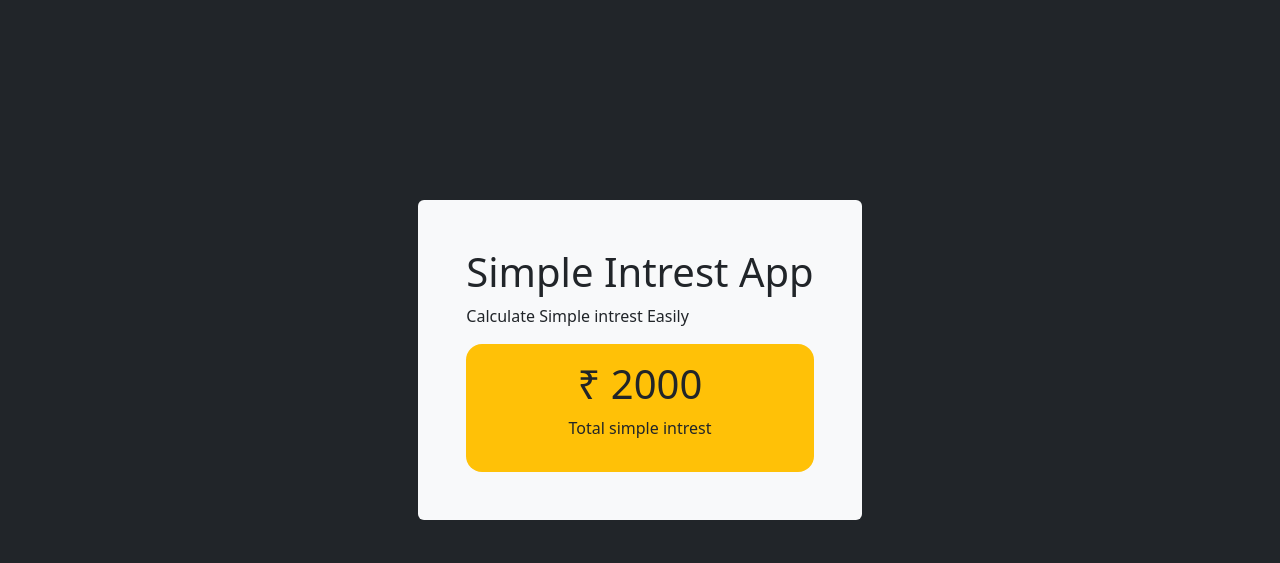
Repository: Afraz13/simple-intrest
Page: /
An editor plug-in stored every save of this project. The page is shown before and after a run of saves, followed by the edit.
The browser window is 1280 px wide. The pictures show the whole page.
The project was rebuilt for these pictures with package versions that can differ from the ones it lists, and the page was loaded fresh each time. Also part of the build but not shown: src/index.css, src/App.css.

Above is the page before, as saved 2024-07-15 20:31:52.

After the next 2 saves:
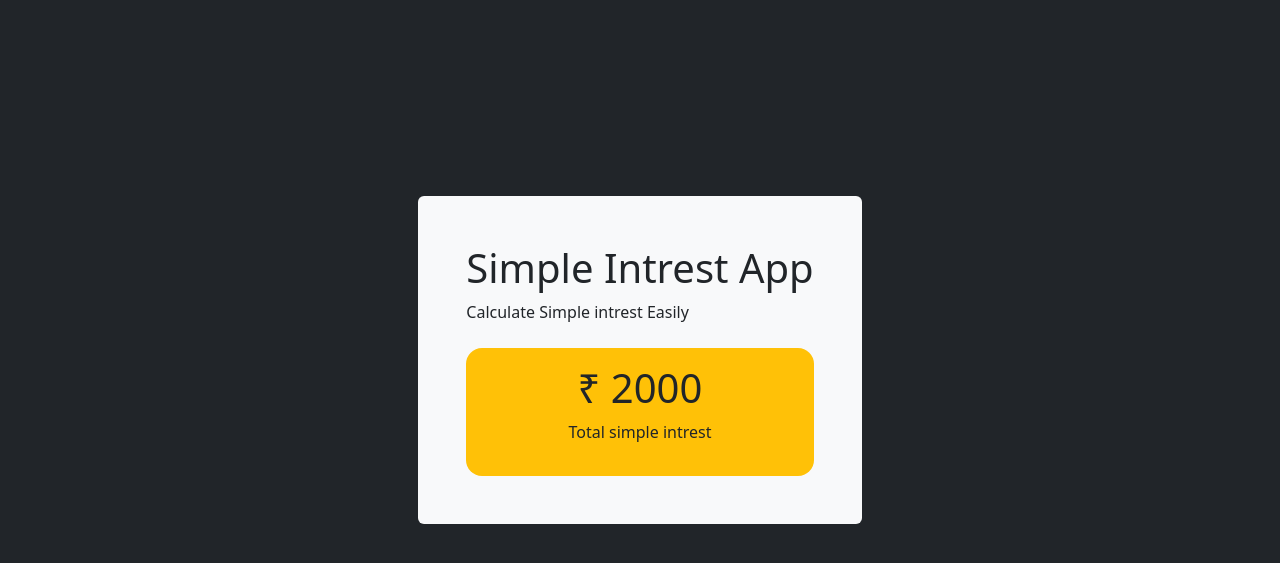
The 2 saves are shown as one change because they came seconds apart.
The last was saved 20 s later.
--- a/src/App.js
+++ b/src/App.js
@@ -7,7 +7,7 @@ function App() {
     <div className='bg-light p-5 rounded'>
     <h1>Simple Intrest App</h1>
     <p>Calculate Simple intrest Easily</p>
-    <div className='bg-warning d-flex justify-content-center align-items-center p-3 flex-column rounded-4 '>
+    <div className='bg-warning d-flex justify-content-center align-items-center p-3 flex-column rounded-4 mt-4 '>
       <h1>₹ 2000</h1>
       <p>Total simple intrest</p>
     </div>
